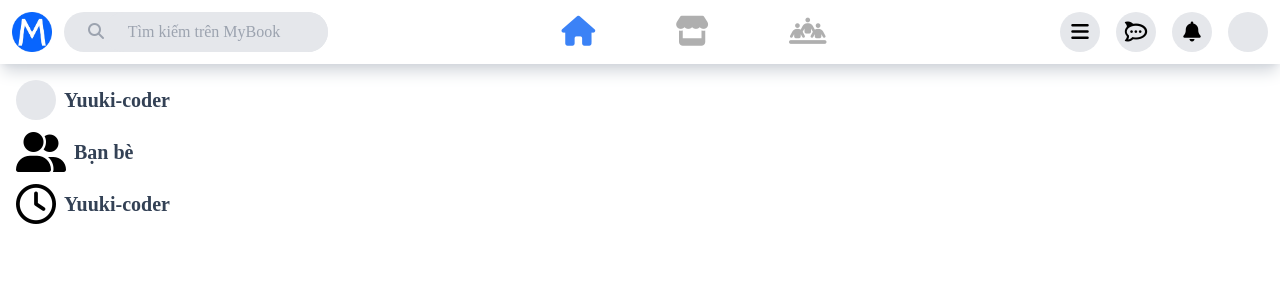
Repository: Yuukicoder/MyBook
Page: / (app in mybook/)
An editor plug-in stored every save of this project. The page is shown before and after the next save, followed by the edit.
The browser window is 1280 px wide. The pictures show the whole page.
The project was rebuilt for these pictures with package versions that can differ from the ones it lists, and the page was loaded fresh each time.

Above is the page before, as saved 2023-12-13 16:01:28.

After the next save:
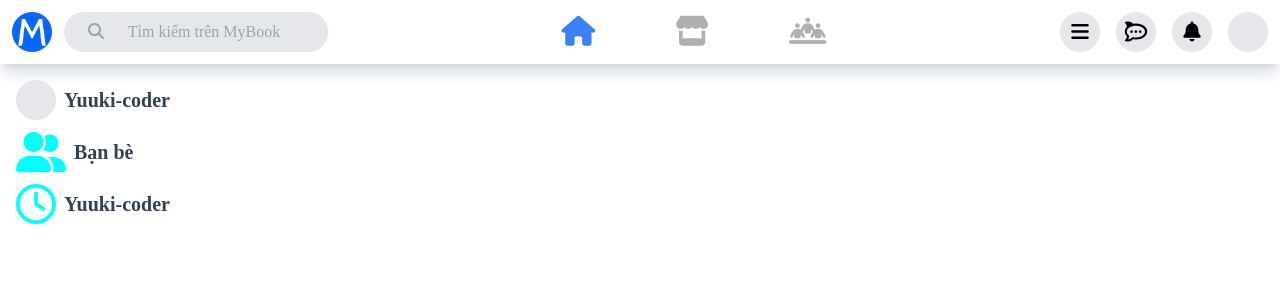
Saved 10 s later.
--- a/mybook/src/Option.css
+++ b/mybook/src/Option.css
@@ -1,4 +1,5 @@
 
 .box i{
     font-size: 40px;
+    color: cyan;
 }

After the save that followed:
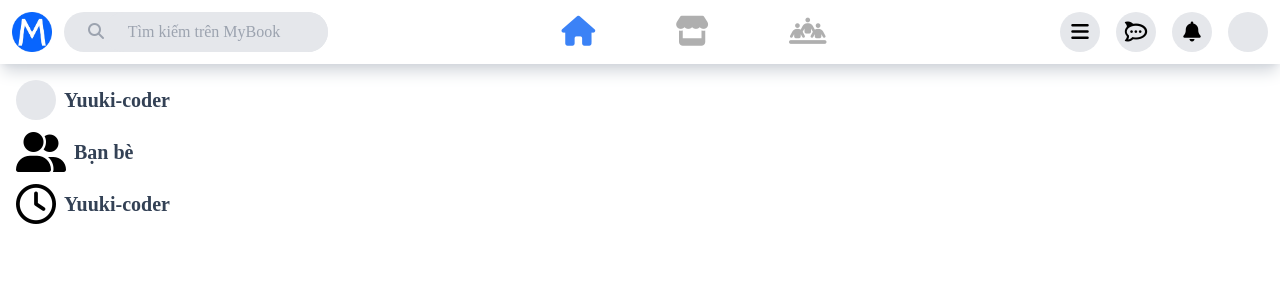
Saved 10 s later.
--- a/mybook/src/Option.css
+++ b/mybook/src/Option.css
@@ -1,5 +1,4 @@
 
 .box i{
     font-size: 40px;
-    color: cyan;
 }
